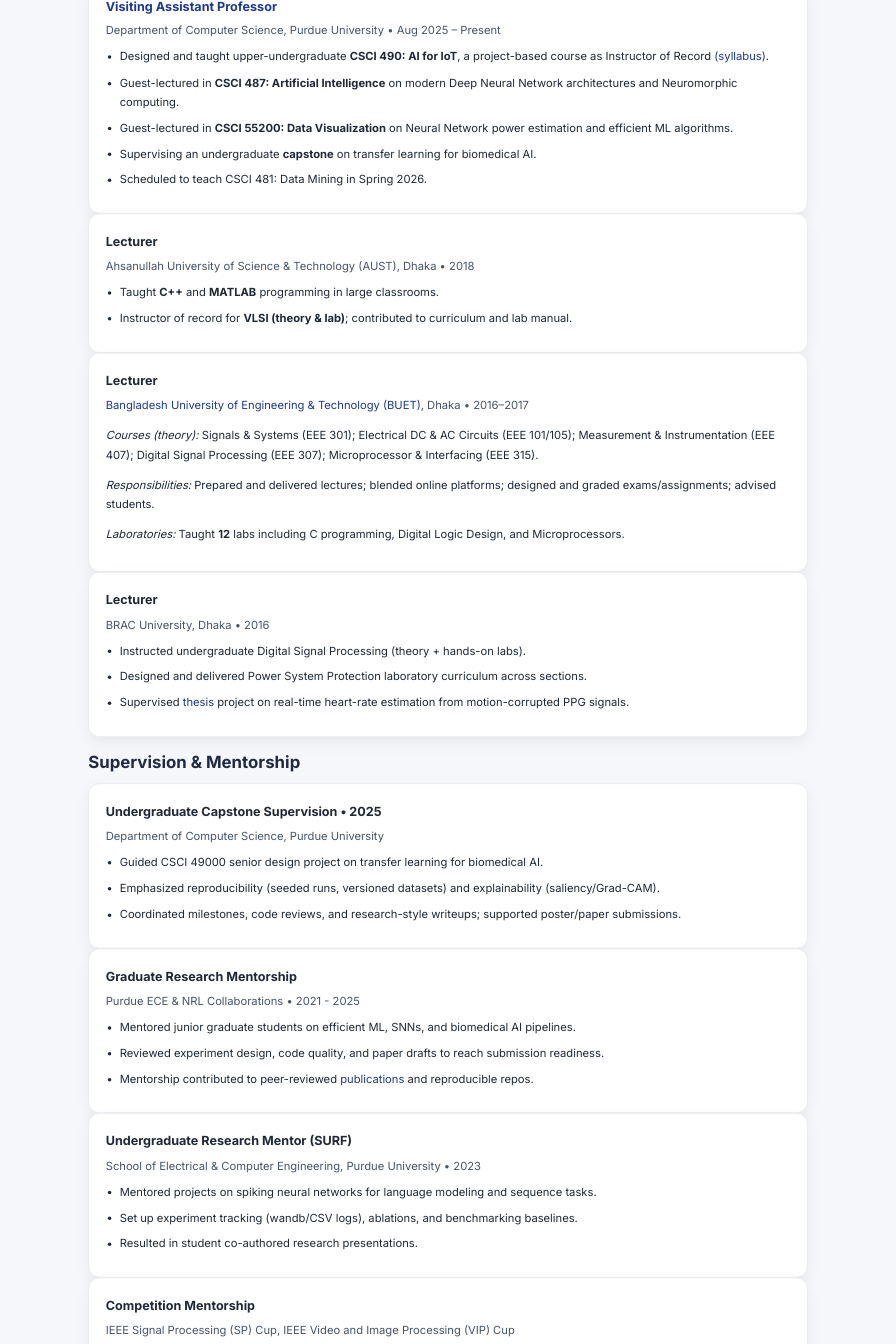
Repository: SayeedChowdhury/SayeedChowdhury.github.io
Page: teaching.html
These files come from the project's save history. The page is drawn as it stood at one moment and after the next save; the edit follows.
The browser window is 1280 px wide. The pictures show the part of the page from y = 450 to 2370 px (the page is 3446 px tall before and 3408 px after), at 70% of full size.

Above is the page before, as saved 2025-09-23 13:06:33.

### teaching.html
<!doctype html>
<html lang="en">
<head>
  <meta charset="utf-8">
  <meta name="viewport" content="width=device-width, initial-scale=1">
  <title>Teaching & Mentorship • Sayeed S. Chowdhury</title>
  <link rel="preconnect" href="https://fonts.googleapis.com">
  <link rel="preconnect" href="https://fonts.gstatic.com" crossorigin>
  <link href="https://fonts.googleapis.com/css2?family=Inter:wght@400;600;700&display=swap" rel="stylesheet">
  <link rel="stylesheet" href="assets/style.css">
</head>
<body>
<div class="nav">
  <div class="inner container">
    <div class="brand"><span class="dot"></span> <a href="index.html" style="text-decoration:none;color:inherit;">Sayeed S. Chowdhury</a></div>
    <div style="margin-left:auto; display:flex; gap:6px; flex-wrap:wrap">
      <a href="index.html" class="">Home</a>
      <a href="edu-exp.html" class="">Education & Research</a>
      <a href="teaching.html" class="active">Teaching & Mentorship</a>
      <!-- <a href="research.html" class="">Research</a> -->
      <a href="publications.html" class="">Publications</a>
      <a href="awards.html" class="">Grants and Awards</a>
      <a href="contact.html" class="">Contact</a>
    </div>
  </div>
</div>
<div class="container">

  <section class="section">
    <h2>Teaching Philosophy</h2>
    <div class="card">
      <p style="margin:0">
        I create an inclusive, student-centered classroom that blends Socratic questioning with project-based learning.
        My goals are to build strong fundamentals, develop students’ ability to reason from first principles, and connect
        theory to practice through open-ended labs and reproducible coding assignments.
      </p>
    </div>

    <h2>Teaching Experience</h2>

    <!-- Purdue — Visiting Assistant Professor -->
    <div class="card">
      <h3><a href="https://www.cs.purdue.edu/people/faculty/chowdh23.html" target="_blank" rel="noopener">Visiting Assistant Professor</a></h3>
      <div class="lead">Department of Computer Science, Purdue University • Aug&nbsp;2025 – Present</div>
      <ul class="list">
        <li>Designed and taught upper-undergraduate <strong>CSCI 490: AI for IoT</strong>, a project-based course as Instructor of Record <a href="assets/AIoT-syllabus.pdf" target="_blank" rel="noopener">(syllabus)</a>.</li>
        <li>Guest-lectured in <strong>CSCI 487: Artificial Intelligence</strong> on modern Deep Neural Network architectures and Neuromorphic computing.</li>
        <li>Guest-lectured in <strong>CSCI 55200: Data Visualization</strong> on Neural Network power estimation and efficient ML algorithms.</li>
        <li>Supervising an undergraduate <strong>capstone</strong> on transfer learning for biomedical AI.</li>
        <li>Scheduled to teach CSCI 481: Data Mining in Spring 2026.</li>
      </ul>
    </div>

    <!-- AUST -->
    <div class="card">
      <h3>Lecturer</h3>
      <div class="lead">Ahsanullah University of Science &amp; Technology (AUST), Dhaka • 2018</div>
      <ul class="list">
        <li>Taught <strong>C++</strong> and <strong>MATLAB</strong> programming in large classrooms.</li>
        <li>Instructor of record for <strong>VLSI (theory &amp; lab)</strong>; contributed to curriculum and lab manual.</li>
      </ul>
    </div>

    <!-- BUET -->
    <div class="card">
      <h3>Lecturer</h3>
      <div class="lead"> <a href="https://sayeed.buet.ac.bd/" target="_blank" rel="noopener">Bangladesh University of Engineering &amp; Technology (BUET)</a>, Dhaka • 2016–2017</div>
      <p><em>Courses (theory):</em> Signals &amp; Systems (EEE 301); Electrical DC &amp; AC Circuits (EEE 101/105);
        Measurement &amp; Instrumentation (EEE 407); Digital Signal Processing (EEE 307);
        Microprocessor &amp; Interfacing (EEE 315).</p>
      <p><em>Responsibilities:</em> Prepared and delivered lectures; blended online platforms; designed and graded
        exams/assignments; advised students.</p>
      <p><em>Laboratories:</em> Taught <strong>12</strong> labs including C programming, Digital Logic Design, and Microprocessors.</p>
    </div>

    <!-- BRAC University -->
    <div class="card">
      <h3>Lecturer</h3>
      <div class="lead">BRAC University, Dhaka • 2016</div>
      <ul class="list">
        <li>Instructed undergraduate Digital Signal Processing (theory + hands-on labs).</li>
        <li>Designed and delivered Power System Protection laboratory curriculum across sections.</li>
        <li>Supervised <a href="https://dspace.bracu.ac.bd/xmlui/handle/10361/8610?show=full" target="_blank" rel="noopener">thesis</a> project on real-time heart-rate estimation from motion-corrupted PPG signals.</li>
      </ul>
    </div>

    <h2>Supervision &amp; Mentorship</h2>

    <!-- Undergraduate Capstone -->
    <div class="card">
      <h3>Undergraduate Capstone Supervision • 2025</h3>
      <div class="lead">Department of Computer Science, Purdue University</div>
      <ul class="list">
        <li>Guided CSCI 49000 senior design project on transfer learning for biomedical AI.</li>
        <li>Emphasized reproducibility (seeded runs, versioned datasets) and explainability (saliency/Grad-CAM).</li>
        <li>Coordinated milestones, code reviews, and research-style writeups; supported poster/paper submissions.</li>
      </ul>
    </div>

    <!-- Graduate Mentorship -->
    <div class="card">
      <h3>Graduate Research Mentorship</h3>
      <div class="lead">Purdue ECE &amp; NRL Collaborations • 2021 - 2025</div>
      <ul class="list">
        <li>Mentored junior graduate students on efficient ML, SNNs, and biomedical AI pipelines.</li>
        <li>Reviewed experiment design, code quality, and paper drafts to reach submission readiness.</li>
        <li>Mentorship contributed to peer-reviewed <a href=" https://ieeexplore.ieee.org/abstract/document/11078244" target="_blank" rel="noopener">publications</a> and reproducible repos.</li>
      </ul>
    </div>

    <!-- SURF Projects -->
    <div class="card">
      <h3>Undergraduate Research Mentor (SURF)</h3>
      <div class="lead">School of Electrical &amp; Computer Engineering, Purdue University • 2023</div>
      <ul class="list">
        <li>Mentored projects on spiking neural networks for language modeling and sequence tasks.</li>
        <li>Set up experiment tracking (wandb/CSV logs), ablations, and benchmarking baselines.</li>
        <li>Resulted in student co-authored research presentations.</li>
      </ul>
    </div>


    <!-- Competitions -->

<div class="card">
  <h3>Competition Mentorship</h3>
  <div class="lead">IEEE Signal Processing (SP) Cup, IEEE Video and Image Processing (VIP) Cup</div>
  <ul class="list">
    <li>
      Mentored an undergraduate team at Bangladesh University of Engineering &amp; Technology (BUET)
      for the <em>4th <a href="https://ieeexplore.ieee.org/document/7974869" target="_blank" rel="noopener">IEEE Signal Processing Cup (2017)</a></em> on real-time music beat prediction, achieving
      <strong>Honorable Mention</strong>.
    </li>
    <li>
      Guided a BUET student team in the <em>1st <a href="https://ieeexplore.ieee.org/stamp/stamp.jsp?arnumber=8310690" target="_blank" rel="noopener">IEEE Video and Image Processing Cup</a></em> to develop a traffic
      sign detection system for self-driving cars, securing <strong>3rd place worldwide</strong>.
    </li>
    <li>
      Supervised an undergraduate team at Ahsanullah University of Science and Technology (AUST)
      for the <em>7th <a href="https://arxiv.org/pdf/2007.10812" target="_blank" rel="noopener">IEEE Signal Processing Cup (2020)</a></em> on anomaly detection in an unsupervised surveillance
      setting, ranking <strong>8th place worldwide</strong>.
    </li>
  </ul>

  <!-- Competition Images with Captions -->
  <div style="display: flex; flex-wrap: wrap; gap: 10px; margin-top: 15px;">
    <figure style="flex: 1; min-width: 280px; text-align: center;">
      <img src="images/competition1.png" alt="IEEE VIP Cup 2017 Team and Competition" style="max-width: 100%; border-radius: 8px;">
      <figcaption style="font-size: 0.9em; color: #555; margin-top: 5px;">
        IEEE VIP Cup 2017 — BUET Team &amp; On-site Competition
      </figcaption>
    </figure>
    <figure style="flex: 1; min-width: 280px; text-align: center;">
      <img src="images/competition2.png" alt="IEEE SPC 2017 Team and Project Display" style="max-width: 100%; border-radius: 8px;">
      <figcaption style="font-size: 0.9em; color: #555; margin-top: 5px;">
        IEEE Signal Processing Cup 2017 — BUET Team &amp; Project Showcase
      </figcaption>
    </figure>
  </div>
</div>



      <!-- Undergraduate Capstone -->
    <div class="card">
      <h3>Undergraduate Thesis Supervision </h3>
      <div class="lead">Department of EEE, BRAC University • 2017</div>
      <ul class="list">
        <li>Supervised <a href="https://dspace.bracu.ac.bd/xmlui/handle/10361/8610?show=full" target="_blank" rel="noopener">thesis</a> project on real-time heart-rate estimation from motion-corrupted PPG signals, guiding research design, algorithm selection, and ethical compliance.</li>
        <li>Mentored students in refining research questions, coding best practices, version control, and reproducible experiment pipelines, with regular progress reviews and milestone tracking.</li>
        <li>Provided detailed feedback on technical writing, presentation skills, and defense preparation, ensuring readiness for academic and industry audiences.</li>
        </ul>
    </div>
</div>

  </section>

</div>
<div class="footer">© 2025 Sayeed Shafayet Chowdhury • Built with GitHub Pages</div>
</body>
</html>

### assets/style.css
/* ================================
   Sayeed S. Chowdhury — style.css
   Mild light theme (no top halo)
   ================================ */

   :root{
    --bg:#f6f7fb;          /* mild light (not white) */
    --panel:#ffffff;       /* card surface */
    --panel-2:#f1f5fb;     /* subtle secondary surface */
    --ink:#1f2937;         /* main text (slate-800) */
    --muted:#475569;       /* secondary text (slate-600) */
    --navy:#1e3a8a;        /* accent for nav/links (blue-900) */
    --gold:#b58500;        /* optional accent */
    --border:#e5e7eb;      /* card/nav borders */
    --shadow:0 8px 22px rgba(0,0,0,.06);
    --radius:16px;
  }

  /* Base */
  *{ box-sizing:border-box }
  html,body{ height:100% }
  body{
    margin:0;
    color:var(--ink);
    background:var(--bg); /* removed radial gradients/halo */
    font:16px/1.7 "Inter", system-ui, -apple-system, Segoe UI, Roboto, Helvetica, Arial;
    -webkit-font-smoothing:antialiased;
    text-rendering:optimizeLegibility;
  }

  .container{ max-width:1100px; margin:0 auto; padding:24px }

  /* Top Nav */
  .nav{
    position:sticky; top:0; z-index:10;
    background:#f9fafb;                      /* solid so it’s visible */
    backdrop-filter:saturate(140%) blur(6px);
    border-bottom:1px solid var(--border);
    box-shadow:0 6px 14px rgba(0,0,0,.04);
  }
  .nav .inner{ display:flex; align-items:center; gap:16px; padding:12px 24px; }
  .nav .brand{ display:flex; align-items:center; gap:10px; font-weight:700; color:var(--ink) }
  .nav .brand .dot{ width:10px; height:10px; border-radius:50%; background:linear-gradient(45deg,#2563eb,#60a5fa); box-shadow:0 0 8px rgba(37,99,235,.5) }
  .nav a{
    color:#334155;                            /* slate-700: readable */
    text-decoration:none;
    padding:8px 12px;
    border-radius:10px;
  }
  .nav a:hover{
    color:var(--navy);
    background:#e6edf7;                       /* gentle hover pill */
  }
  .nav a.active{
    color:var(--navy);
    background:#dbeafe;                       /* visible active pill */
    font-weight:600;
  }
  .nav a:focus-visible{ outline:2px solid #93c5fd; outline-offset:2px }

  /* Hero & Layout */
  .hero{
    display:grid; grid-template-columns:1.1fr .9fr; gap:28px; align-items:stretch;
    padding:48px 24px 12px;
  }
  .row{ display:flex; gap:18px; flex-wrap:wrap; align-items:center }

  /* Cards */
  .card{
    background:var(--panel);
    border:1px solid var(--border);
    border-radius:var(--radius);
    box-shadow:var(--shadow);
    padding:24px;
  }
  .cards{ display:grid; grid-template-columns:repeat(12,1fr); gap:20px; margin-top:18px }
  .card.grid-12{ grid-column:span 12 }
  .card.grid-6{ grid-column:span 6 }
  .card.grid-4{ grid-column:span 4 }

  /* Typography */
  h1{ font-size:32px; margin:0 0 6px }         /* smaller homepage name */
  h2{ font-size:24px; margin:16px 0 10px; color:#1f2a44 }
  h3{ font-size:18px; margin:0 0 6px }
  .lead{ color:var(--muted); font-size:16px }
  .kicker{ color:var(--gold); font-weight:700; letter-spacing:.4px; text-transform:uppercase; font-size:12px }
  .page-title{ margin:8px 0 16px }
  .page-title h1{ font-size:46px; letter-spacing:.4px; margin:0; color:#1f2a44 }

  /* Lists */
  .list{ padding-left:20px; margin:0 }
  .list li{ margin:10px 0 }

  /* Headshot */
  .headshot{
    width:160px; height:160px; border-radius:50%; object-fit:cover;
    border:3px solid #eef2ff; box-shadow:0 4px 14px rgba(0,0,0,.06)
  }

  /* Badges & Pills */
  .badges{ display:flex; flex-wrap:wrap; gap:10px; margin-top:14px }
  .badge{
    background:#f1f5fb; border:1px solid #dbe4f2; color:#2b4a6a;
    padding:6px 10px; border-radius:999px; font-size:13px
  }
  .pill{
    display:inline-block; padding:5px 10px; border:1px solid var(--border);
    border-radius:999px; font-size:12px; color:var(--muted); margin-right:8px
  }

  /* Buttons */
  .cta{ display:flex; gap:12px; flex-wrap:wrap; margin-top:12px }
  .button{
    display:inline-flex; align-items:center; gap:10px;
    padding:12px 16px; border-radius:12px;
    border:1px solid #c7d2fe; background:#eef2ff; color:#1f2937;
    text-decoration:none; font-weight:600;
  }
  .button:hover{ background:#e0e7ff }
  .button.secondary{ background:#ffffff; border:1px solid #e4e8ef }

  /* Links (site-wide) */
  a{ color:#1e3a8a; text-decoration:none }
  a:hover{ color:#0f2a6e; text-decoration:underline }
  a:visited{ color:#1e3a8a } /* avoid purple on visited */

  /* Sections */
  .section{ padding:12px }
  .section .title{ display:flex; align-items:center; justify-content:space-between }

  /* Footer (visible on light) */
  .footer{
    background:#f9fafb;
    color:#475569;
    border-top:1px solid var(--border);
    text-align:center;
    padding:20px;
    margin-top:40px;
  }

  /* Forms (if any) */
  input, textarea, select{
    background:#fff; color:var(--ink); border:1px solid var(--border);
    border-radius:10px; padding:10px 12px
  }
  input:focus, textarea:focus, select:focus{
    outline:2px solid #93c5fd; outline-offset:2px
  }

  /* Responsive */
  @media (max-width: 900px){
    .hero{ grid-template-columns:1fr }
    .card.grid-6, .card.grid-4{ grid-column:span 12 }
  }

  /* Print */
  @media print{
    .nav, .footer, .cta{ display:none }
    body{ background:#ffffff; color:#111 }
    .card{ box-shadow:none; border-color:#ddd }
  }

After the next save:
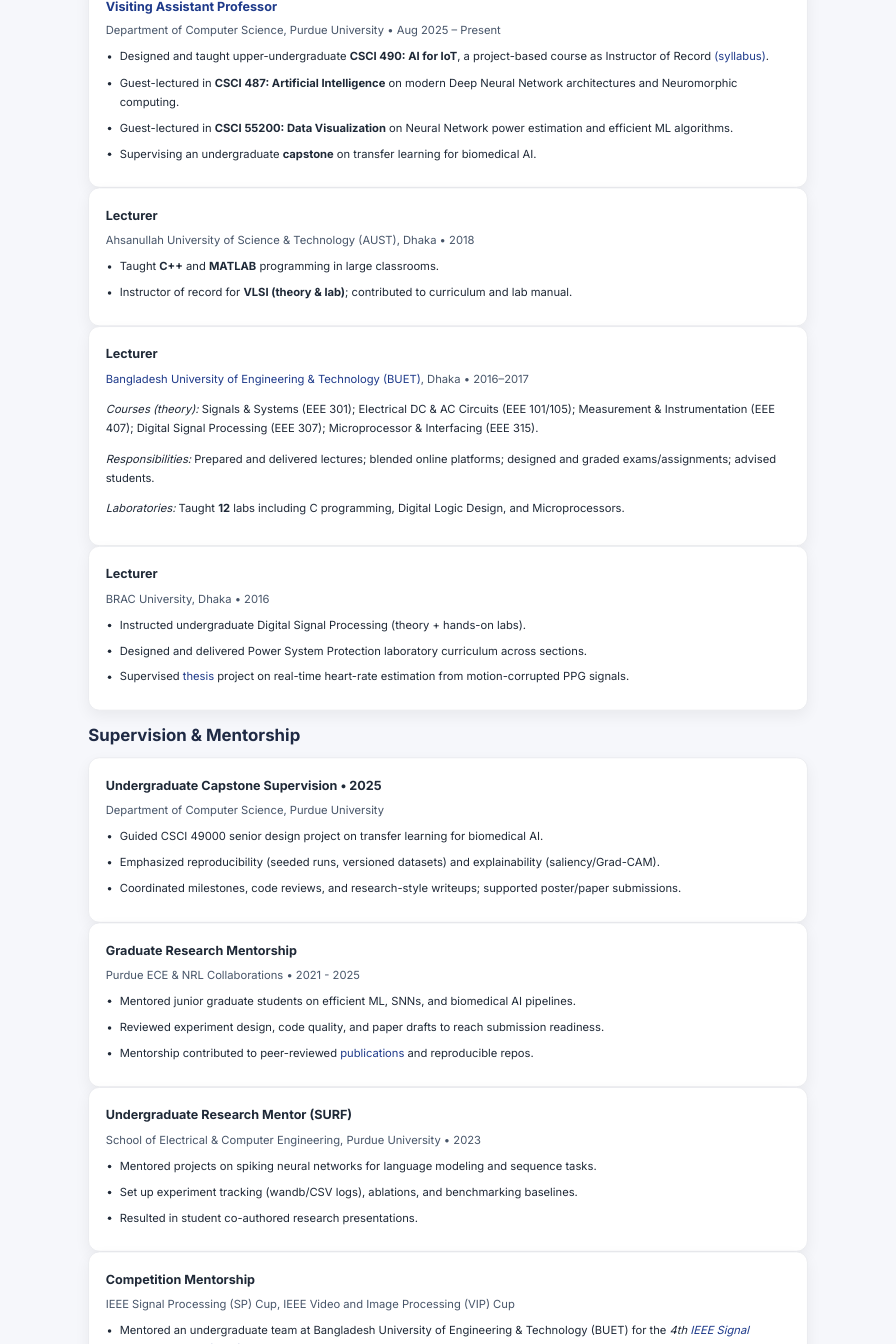
Saved 112 min 24 s later.
--- a/teaching.html
+++ b/teaching.html
@@ -47,7 +47,7 @@
         <li>Guest-lectured in <strong>CSCI 487: Artificial Intelligence</strong> on modern Deep Neural Network architectures and Neuromorphic computing.</li>
         <li>Guest-lectured in <strong>CSCI 55200: Data Visualization</strong> on Neural Network power estimation and efficient ML algorithms.</li>
         <li>Supervising an undergraduate <strong>capstone</strong> on transfer learning for biomedical AI.</li>
-        <li>Scheduled to teach CSCI 481: Data Mining in Spring 2026.</li>
+        <!-- <li>Scheduled to teach CSCI 481: Data Mining in Spring 2026.</li> -->
       </ul>
     </div>
 
